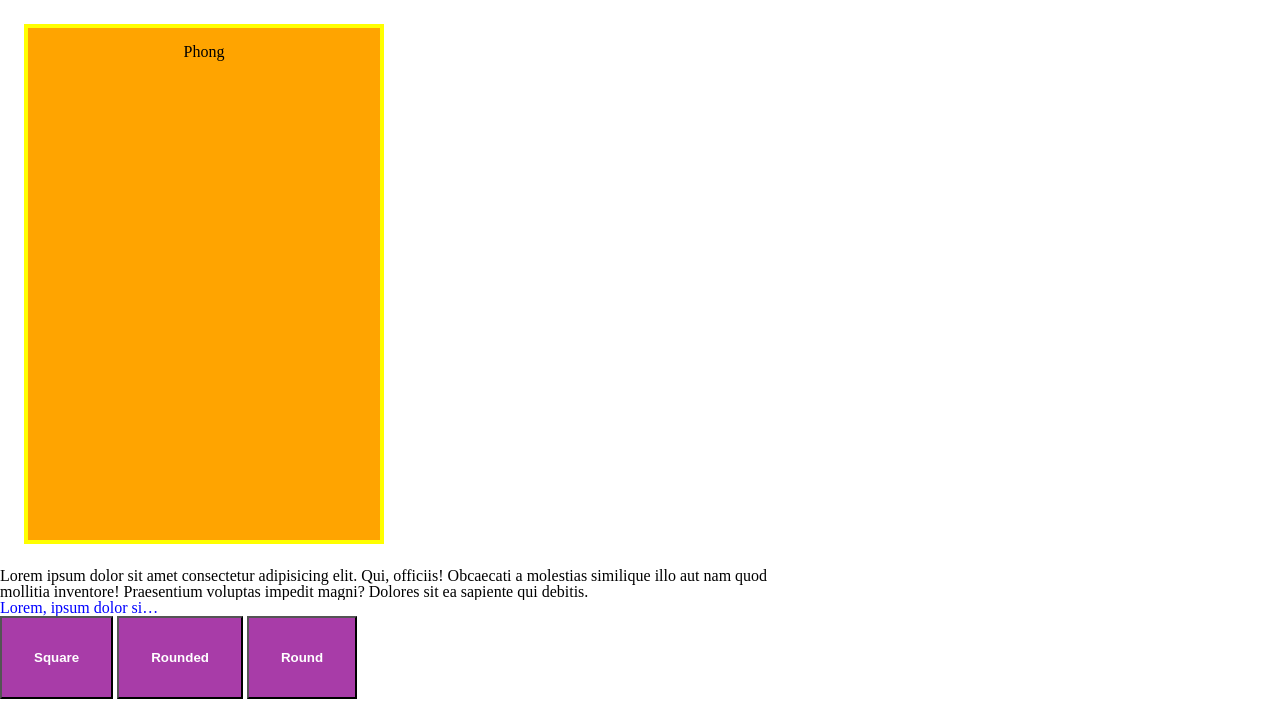
Repository: ThanhPhongsof/Css-Course
Page: index.html
An editor plug-in stored every save of this project. The page is shown before and after the next save, followed by the edit.
The browser window is 1280 px wide. The pictures show the whole page.

Above is the page before, as saved 2022-05-15 10:46:58.

After the next save:
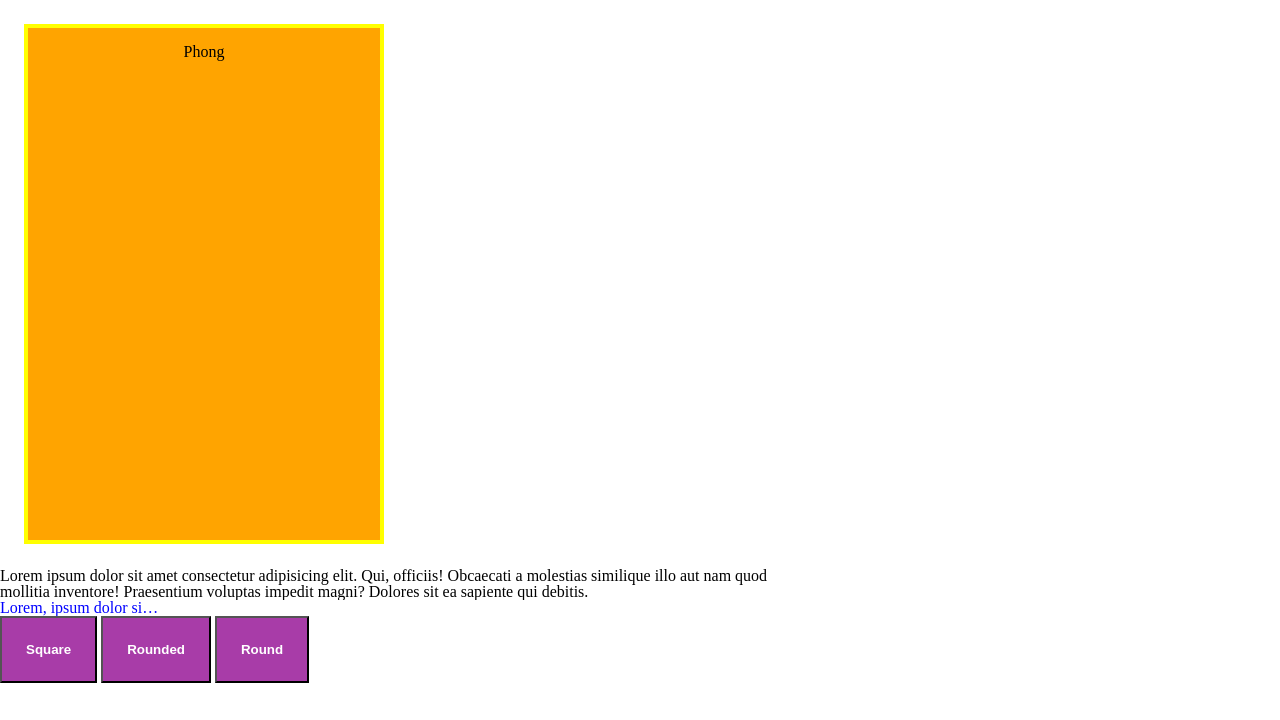
Saved 8 s later.
--- a/styles.css
+++ b/styles.css
@@ -40,7 +40,7 @@
   background-color: rgb(168, 60, 168);
   color: white;
   font-weight: 600;
-  padding: 32px;
+  padding: 24px;
 }
 
 .button--square {
